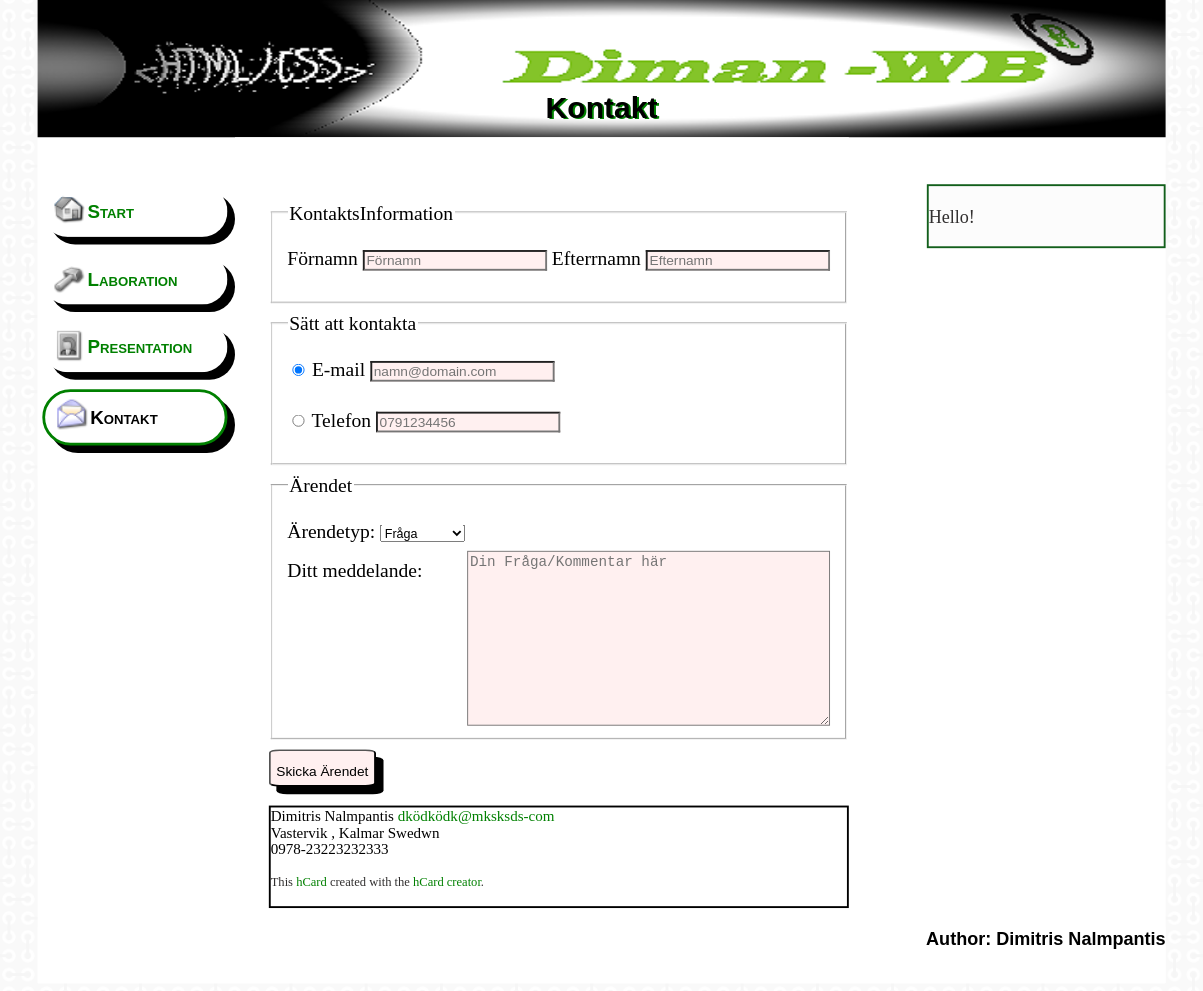
Repository: dn222em/1ik415-laborationer
Page: pages/Kontakt.html
The author's editor kept a record of every edit. The page is drawn from the files as they stood at one moment, then again after the next edit.
The browser window is 1280 px wide. The pictures show the whole page, at 94% of full size.
Backgrounds fixed to the window are drawn as part of the page.

Above is the page before.

### pages/Kontakt.html
<!doctype html>
<html lang="sv">
<head>
    <meta charset="utf-8" />
        <title>Kontakt</title>
            <link rel="stylesheet" href="../CSS/style.css"/>
            <link rel="stylesheet"media="only screen and (min-width:481px)"  href="../CSS/style.css" />
			<link rel="stylesheet" media="only screen and (max-width:480px)" href="../../CSS/sp.css" />
			<link rel="apple-touch-icon" sizes="144x144" href="../CSS/pics/apple-touch-icon-144x144.png" />
			<link rel="shortcut icon" href="../CSS/pics/favicon.png" type="image/png" />
					<meta name="viewport" content="width=device-width, initial-scale=1.0" />
</head>
<body>
<div id="container">
	<div id="top">

		<h1 id="title">Kontakt</h1>
	</div>

	<div id="navigation">
		<ul id="menu_pictures" class="menu">
			<li><a id ="home" href="../index.html">Start</a></li>
			<li><a id ="labor" href="../pages/laborationer.html">Laboration</a></li>
			<li><a id ="present" href="../pages/Presentation.html">Presentation</a></li>
			<li><a id ="cont" href="../pages/Kontakt.html" class="active4" >Kontakt</a></li>
		</ul>
	</div>
    <div id="content">
		    <p></p>
<form class="contakt_form" action="http://voyager.lnu.se/tekinet/kurser/dtt/wp_webbintro/form.php" method="POST" >
   <fieldset>
       <legend>KontaktsInformation</legend>
                   Förnamn
            <input required placeholder="Förnamn" maxlength="13" type="text" name="namn" />
                    Efterrnamn
            <input required placeholder="Efternamn" maxlength="26" type="Text" name="efternamn" />


    </fieldset>
    <fieldset>
         <legend>Sätt att kontakta</legend>
             <input class="pavlis" type="radio" name="group1" value="e-mail" checked /> E-mail
              <input required placeholder="namn@domain.com" type="email" name="email" />
              <br />
              <input class="pavlis" type="radio" name="group1" value="telef"/> Telefon
              <input placeholder="0791234456" type="tel" name="telefon">

    </fieldset>
    <fieldset>
        <legend>Ärendet</legend>
            Ärendetyp:
            <select name="Ärendet">
                <option value="fråga">Fråga</option>
                <option value="kommentar">Kommentar</option>
                <option value="övrigt">Övrigt</option>
           <br />
            </select>
          <br />Ditt meddelande:
            <textarea Ditt meddelande: required placeholder="Din Fråga/Kommentar här" name="meddelande" cols="40" rows="10"></textarea>
   </fieldset>
            <input class="zozo" type="submit" name="submit" id="submit" value="Skicka Ärendet" />
   </form>

           <!--hcard-->
            <div id="hcard-Dimitris-Nalmpantis" class="vcard">
                <span class="fn n">
                <span class="given-name">Dimitris</span>
                <span class="additional-name">Nalmpantis</span>
                <span class="family-name"></span>
                </span>
                <a class="email" href="mailto:dködködk@mksksds-com">dködködk@mksksds-com</a>
            <div class="adr">
                <span class="locality">Vastervik</span>
                ,
                <span class="region">Kalmar</span>

                <span class="country-name">Swedwn</span>

                </div>
                <div class="tel">0978-23223232333</div>
                <p style="font-size:smaller;">This <a href="http://microformats.org/wiki/hcard">hCard</a> created with the <a href="http://microformats.org/code/hcard/creator">hCard creator</a>.</p>
            </div>
   </div>
    <div id="sidebar">
    <p>Hello!</p>
    </div>

    <div id="footer">
    <h6>Author: Dimitris Nalmpantis</h6>
    </div>
</div>
 </body>

</html>

### CSS/style.css
/*Reset-styleshhet
-----------------------------------------------------------------------------*/
/* http://meyerweb.com/eric/tools/css/reset/
   v2.0 | 20110126
   License: none (public domain)
*/

/*html, body, div, span, applet, object, iframe,
h1, h2, h3, h4, h5, h6, p, blockquote, pre,
a, abbr, acronym, address, big, cite, code,
del, dfn, em, img, ins, kbd, q, s, samp,
small, strike, strong, sub, sup, tt, var,
b, u, i, center,
dl, dt, dd, ol, ul, li,
fieldset, form, label, legend,
table, caption, tbody, tfoot, thead, tr, th, td,
article, aside, canvas, details, embed,
figure, figcaption, footer, header, hgroup,
menu, nav, output, ruby, section, summary,
time, mark, audio, video {
	margin: 0;
	padding: 0;
	border: 0;
	font-size: 100%;
	font: inherit;
	vertical-align: baseline;
}
/* HTML5 display-role reset for older browsers */
/*article, aside, details, figcaption, figure,
footer, header, hgroup, menu, nav, section {
	display: block;
}
body {
	line-height: 1;
}
ol, ul {
	list-style: none;
}
blockquote, q {
	quotes: none;
}
blockquote:before, blockquote:after,
q:before, q:after {
	content: '';
	content: none;
}
table {
	border-collapse: collapse;
	border-spacing: 0;
}
/*End of Reset - stylesheet
--------------------------------------------------------------------*/
/*CSS -Stylesheet
======================================================================================================
-----------------------------------------------------------------------------------------------------------*/


/*Layout
 Using: Two columns floating layout
Total width: 1200px
-----------------------------------------------------------------------------------------------------------*/
/*Container white (#FFFFF)
*Top -  green { #125F1B } --> Title( #2A8018)
*Navigation green
*Content - #FFFFF
*footer-white { #fff }
*Siderbar #fcfcfc (white.gray)

------------------------------------------------------------------*/
#container {
	max-width: 1200px;
	background-color:white;
	margin:0 auto;
	margin-top:-25px;



}

/*Top
-------------------------------------------------------------------*/
#top {

	height: 150px;
	background-color: #125F1B;
	background: url('../pics/logo.png') no-repeat; background-size: 1200px 150px;
	border-radius:00px;

}

#title {
	font-family: "arial", "helvetica", "serif";
	color: black;
	font-size:2em;
	text-shadow: 2px 2px green;
	text-align:center;
	padding-top: 90px;
}

/*Navigation -Menu
-------------------------------------------------------------------*/
#navigation {
	margin-top: 1px;
	width: 210px;	height:auto;
	float: left;
	background-color:#FFF;
	padding:0px;
	padding-top:50px;

}

/*Content
-------------------------------------------------------------------*/
#content {
	background-color: #FFF;
	max-width: 700px;
	margin-bottom: 20px;
	float: left;
	padding:0px;
	padding-left:36px;

}

/*Sidebar
-------------------------------------------------------------------*/
#sidebar {
	background-color: #fcfcfc;
	font-family: "arial", "helvetica", "sans-serif"; color: white;
	border: 2px solid #125F1B;
	margin-top: 50px;
	width: 250px;
	float: right;
	padding:0px;


}

/*Footer
--------------------------------------------------------------------*/
#footer {
	clear:both;
	padding:0px;
	background-color:#fff;
	color:white;
	text-align:right;
	height:60px;
}

/*Menu attributes
------------------------------------------------------*/
.menu {
	float:left;
	font-family: "arial", "helvetica", "serif"; font-variant:small-caps;
	font-size: 20px;
	font-weight:bold;
	margin-top:1px;
	margin-left:0px;
	padding:0px;

}

.menu li {

	list-style-type:none;
	height: 72px; line-height: 48px;
	padding-top:0px;
	padding-left:5px;
	padding-right:0px;
	width: 197px;
	text-decoration:none;
}
.menu li a {
	display:block;
						/*border: solid 3px black;*/
						/*text-align:center;*/
						/*	border: inset yellow thick;*/
	border-radius:58px;
    box-shadow:8px 8px black;
	background-color:white; color:green;
	background-image: url(pics/sprite.png);
	text-indent: 45px;
	background-repeat:no-repeat;
	padding:3px 3px 3px 3px;
}

.menu li a:visited{ color:white; background-color:green;}

.menu li a:hover{ background-color:white;color:green; border: solid 3px #DEBF40;}

.menu li a:focus { background-color:black;	color:green;}

/*adding sprites on menu
----------------------------------------*/
#home { background-position: 13px -55px; background-size: 32px;} /*kom ihåg -första gäller x-led och andra y-led (uppe + och nere -) mellanrum mellan bilderna spelar roll*/
#home:hover { background-position:13px 9px;}

#labor { background-position: 13px -180px; background-size: 32px;}
#labor:hover { background-position: 13px -116px;}

#present { background-position: 13px -310px; background-size: 32px}
#present:hover { background-position: 13px -246px;}

#cont { background-position: 13px -440px; background-size: 32px;}
#cont:hover { background-position: 13px -376px;}


a.active1   {background-color:white !important;
			color:black !important;
			border: solid 3px green;
			border-radius:58px;
		    box-shadow:8px 8px black;
			background-position:13px 9px!important;
}
a.active2   {background-color:white !important;
			color:black !important;
			border: solid 3px green;
			border-radius:58px;
		    box-shadow:8px 8px black;
			background-position: 13px -116px!important;
}
a.active3   {background-color:white !important;
			color:black !important;
			border: solid 3px green;
			border-radius:58px;
		    box-shadow:8px 8px black;
			background-position: 13px -246px!important;
}
a.active4   {background-color:white !important;
			color:black !important;
			border: solid 3px green;
			border-radius:58px;
		    box-shadow:8px 8px black;
			background-position: 13px -376px!important;
}




/*a.active1234{
			background-color:white !important;
			color:black !important;
			border: solid 3px green;
			border-radius:58px;
		    box-shadow:8px 8px black;
}

.active1   {background-position:13px 9px!important;}
.active2   {background-position: 13px -116px!important;}
.active1234 .active3   {background-position: 13px -246px!important;}
.active1234 .active4   {background-position: 13px -376px!important;}*/


/*End menu!
------------------------------------------------------------------------------*/

/*Sprites-Menu
------------------------------------------------------------------*/

/*#menu_pictures {
	float:left;
	margin-top:1px;

}

#menu_pictures a {

	display:block;
	background-image: url(pics/sprite.png);
	background-repeat:no-repeat;
	text-indent: -99999px;
	padding-bottom: 1px;

}

#menu_pictures li  {

	list-style-type:none;
	padding:0px;
	margin:0px;
	width:24px;
	height:24px;
	margin-bottom:10px;
}*/

/*#home { background-position: 15px -66px; background-size: 36px;} /*kom ihåg -första gäller x-led och andra y-led (uppe + och nere -) mellanrum mellan bilderna spelar roll*/
/*#home:hover { background-position:15px 6px;}

#labor { background-position: 15px -208px; background-size: 36px;}
#labor:hover { background-position: 15px -136px;}

#present { background-position: 15px -350px; background-size: 36px}
#present:hover { background-position: 15px -278px;}

#cont { background-position: 15px -496px; background-size: 36px}
#cont:hover { background-position: 15px -424px;}*/

/*-48px -0, -144 -96px,  -240px -192px, -332px -284,*/

/*End sprite-menu
---------------------------------------------------------------------*/


/*Typografi
---------------------------------------------------------------------------------------------------------*/
/*Links
-------------------------------*/
a:link {color:green; text-decoration:none;}
a:visited {color:#CB29D5;} /*lila*/
a:hover{color:red;}
a:focus {color:blue;}
a:active{color:#29D17;} /*light-green*/

/*Headers
------------------------------*/
													/*body {font-family :"times", "georgia", "serif", "Lucida Sans Unicode", "Lucida Grande";
														line-height: 25px; color: #312F2F; font-size: 1.1em; width:674px;} ---->onödigt.Problem*/

h1, h2, h3, h4, h5, h6 {font-family: "arial", "tahoma", "helvetica", "san serif", "verdana";
font-weight:bold; color: #2A8018; line-height: 1.8em;  font-size: 1.8em;} /*tema-green*/

h2 {line-height: 28px;  font-size: 28px;}
h3 {line-height: 26px;  color:  black; font-size: 1.6em;}
h4 {line-height: 25px;  color:  black; font-size: 1.4em;}
h5 {line-height: 25px;  color:  black; font-size: 1.3em; text-transform:uppercase;}
h6 {line-height: 25px;  color:  black; font-size: 1.2em; font-weight:none;}

/*Body
-----------------------------*/
p {font-family : "Times New Roman", "times", "georgia", "serif", "Lucida Sans Unicode", "Lucida Grande";
			line-height: 25px; color: #312F2F; font-size: 1.2em; 	} /*grey-black*/

#content ol, ul{font-family: "arial", "tahoma", "helvetica", "san serif", "verdana";
			line-height: 25px; color: #4829D1; font-size: 1em;}

#content li, dl, dt, dd  {font-family :"times", "georgia", "serif", "Lucida Sans Unicode", "Lucida Grande";
			line-height: 25px; color: #312F2F; font-size: 1em; font-weight:bold;}



/*Media
------------------------------*/
img { max-width:700px;}

video {max-width:700px;}


/*Form -  Contakt.
--------------------------------*/
.contakt_form {max-width:705px;
		padding-top:40px;
		line-height:2em;
		font-size: 1.3em;

}

.contakt_form label { text-align:right;}

.contakt_form input {background-color: #FFF0F0; font-size: 0.7em; margin-bottom:20px;}

.contakt_form option {width:80px; }

.contakt_form textarea {background-color: #FFF0F0; font-size: 0.9em; float:right; resize:vertical; }

.zozo {background-color: rgb(240, 240, 240);
	height: 40px; line-height: 40px;
	text-align:center;
	margin-top:10px;
	border-radius:10%;
	font-size:0.8em;
	box-shadow:8px 8px black;

}

/*========================================================
H-card */

.vcard {
	border:2px solid black;

}

/*Speciall typografi- classes
-----------------------------*/
#special {font-family:"sans-serif"; font-size: 40px; font-weight:bold;}

#ps {text-align:right; font-family:"arial", "tahoma", "helvetica", "san serif", "verdana";
			font-size: 0.8em; }


/*Speciall media - classes
-----------------------------*/
.sociall {width: 350px; height: 250px;
		  background-image: url("pics/social-networks.jpg");
		  background-repeat:no-repeat;
		  background-size: 350px; float: right;
		  border:solid 8px green;
}

#bild  {width: auto; height: auto;
		float: right;
		border:solid 8px green;
		margin-right:20px;
		max-width:100%;
		max-height:auto;
}

.minilogo { background-image:url("pics/minilogob.jpg"); /*minilogo på första titeln*/
			background-repeat: no-repeat;/* repeat, repeat-x, repeat-y */
			background-position: top left; /* right, bottom, center ... */
			background-size: 40px 50px;
			text-indent: 30px;
			font-size: 50px;
			line-height:53px;
}

.ram {border-style:double; background-color: rgb(194, 187, 187);
			margin:20px; border-width:8px; padding:20px; }

	.ram h3 {border-bottom:  3px solid black; padding:5px;}

		.right{width: 250px; height: 250px;
			 	float: right;
					border:solid 2px olive;}



/*Speciall tabeller- classes
------------------------------*/

.tables {border:3px solid green; font-size:1.3em; line-height:50px; text-align:center;}

.tables, td {border:solid 2px black ; width: 600px; height:auto;}


.single{border:3px solid green;background-color: /*rgb(150, 224, 150)*/ green;color:white;}

.doubbel{ border:solid 3px green; background-color:/*rgb(240, 240, 240)*/ white;
	color: green;}




/* Print properties. sv- Skrivare
------------------------------------------------------------------------------------------------------*/

@media print{

    /*Layout
    ------------------------*/

#top {display:none;}

#navigation {display:none;}

#sidebar {display:none;}

#footer {display:none;}

#content {border:0; border-style:none; background-color:white;}

#content a:after {
    content: "("attr(href)")";} /*visar hela länken vid utskrift*/

.me {font-family: "arial", "tahoma", "helvetica", "san serif", "verdana";
        font-weight:bold; color: #2A8018; line-height: 1.5em;  font-size: 1.3em;
            float:right;}


/*End Layout
-----------------------------------------------*/


    /*Media
    -----------------------*/
video {display:none;}
img {border:0;}

/*End Media
----------------------------------------------*/



    /*Typografi
    -----------------------*/

h1, h2, h3, h4, h5, h6 {font-family: "arial", "tahoma", "helvetica", "san serif", "verdana";
        font-weight:bold; color: #2A8018; line-height: 1.5em;  font-size: 1.3em;}

p {font-family : "Times New Roman", "times", "georgia", "serif", "Lucida Sans Unicode", "Lucida Grande";
			line-height: 1.5em; color: #312F2F; font-size: 1.1em;} /*grey-black*/

#content ol, ul{font-family: "arial", "tahoma", "helvetica", "san serif", "verdana";
			line-height: 25px; color: #4829D1; font-size: 1em;}

#content li, dl, dt  {font-family :"times", "georgia", "serif", "Lucida Sans Unicode", "Lucida Grande";
			line-height: 1.5em; color: #312F2F; font-size: 1em;}

/*End Typografi
--------------------------------------------*/



	/*Speciall media - classes
    --------------------------*/
.sociall {border:none;}

#bild  {border:none;}

.ram {border-style:none; background-color: none;  }

.ram h3 {border:none;}

.right{ border:none;}

/*End speciall
---------------------------------------------*/


}    /*End Print
====================================================================================================*/




body {
	background: url(pics/connect.png) center center fixed;
	/*float:top left;
	-webkit-background-size: cover;
	-moz-background-size: contain;
	-o-background-size: cover;
	background-size: 100% 100%;
	filter: progid:DXImageTransform.Microsoft.AlphaImageLoader(src='.myBackground.jpg', sizingMethod='scale');
	-ms-filter: "progid:DXImageTransform.Microsoft.AlphaImageLoader(src='myBackground.jpg', sizingMethod='scale')";*/

	/*-moz-background-transform: scale(2);*/

}

Loaded but not shown: CSS/sp.css (290 lines, source omitted)

After the next edit:
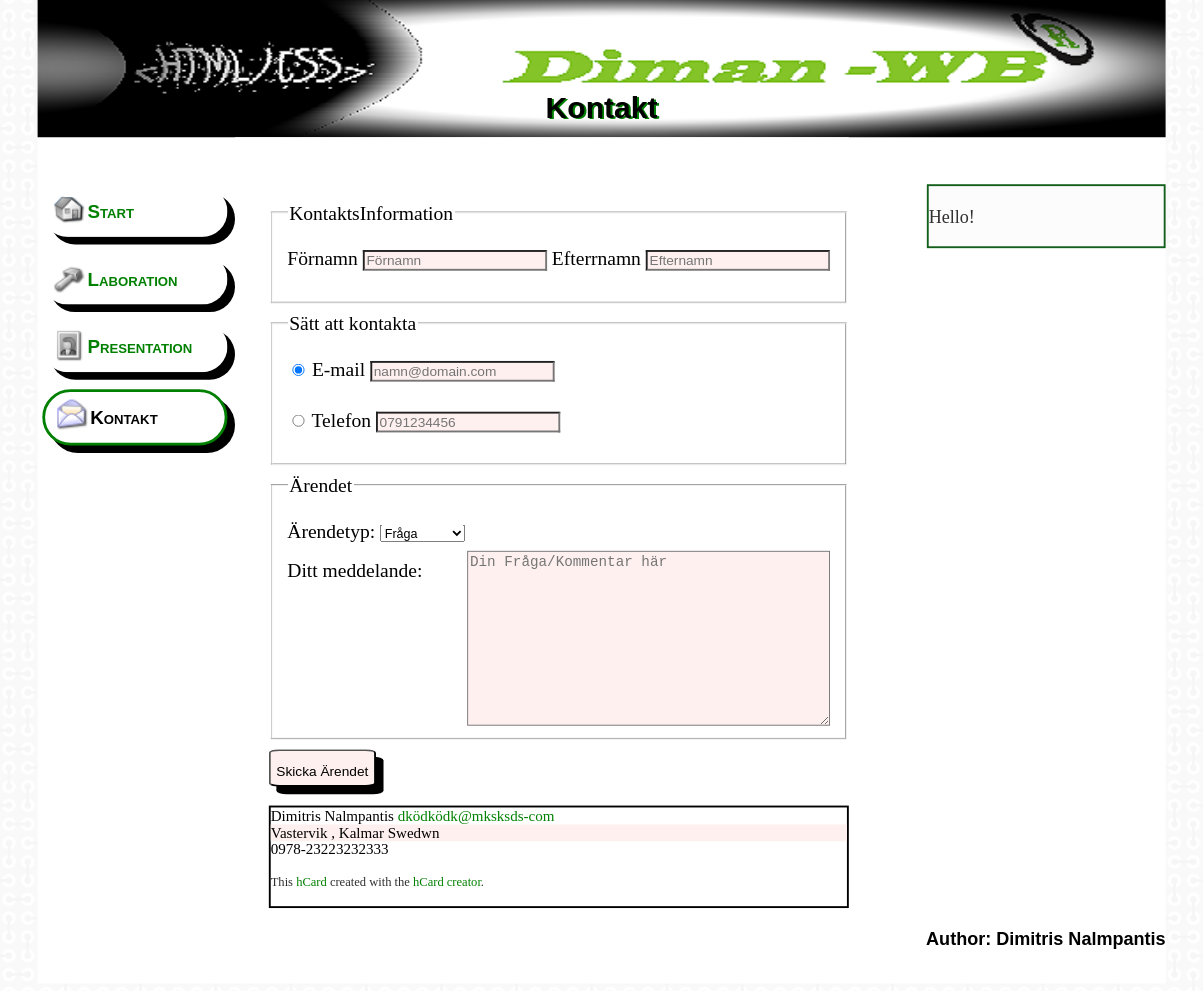
The edit:
--- a/CSS/style.css
+++ b/CSS/style.css
@@ -378,7 +378,9 @@
 	border:2px solid black;
 
 }
-
+.adr{
+	background-color:#FFF0F0;
+}
 /*Speciall typografi- classes
 -----------------------------*/
 #special {font-family:"sans-serif"; font-size: 40px; font-weight:bold;}
